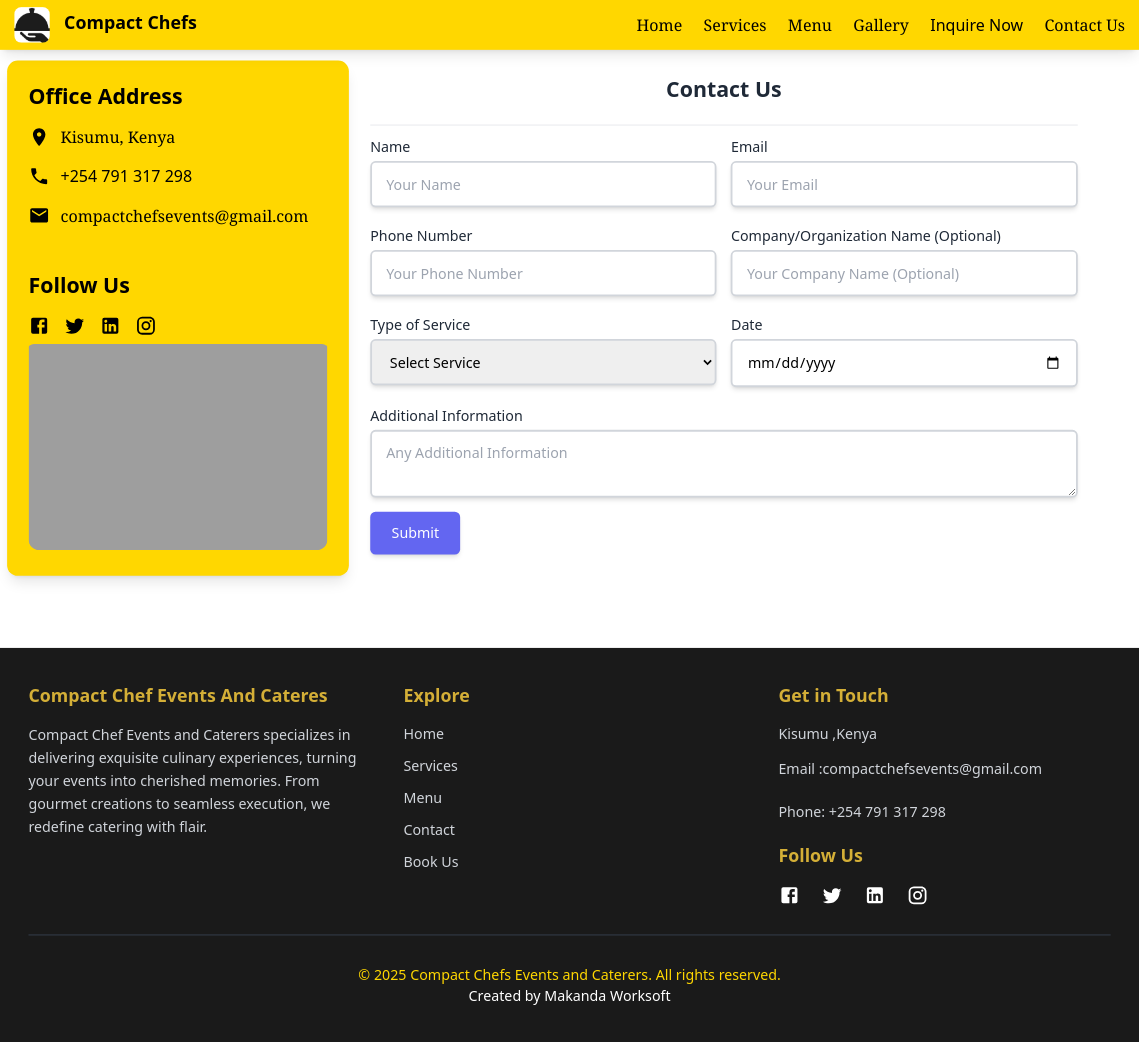
Repository: makanda596/compactchef
Page: /contact
These files come from the project's save history. The page is drawn as it stood at one moment and after the next save; the edit follows.
The browser window is 1280 px wide. The pictures show the whole page, at 89% of full size.
Pictures or frames that could not be fetched are drawn as grey boxes. The project was rebuilt for these pictures with package versions that can differ from the ones it lists, and the page was loaded fresh each time. Also part of the build but not shown: src/components/Hero.jsx, src/components/Client.jsx, src/components/Reviews.jsx, src/components/About.jsx, src/pages/Home.jsx, src/pages/Services.jsx, src/pages/Menu.jsx, src/pages/Book.jsx and 1 more.

Above is the page before, as saved 2025-01-21 14:40:44.

### public/index.html
<!DOCTYPE html>
<html lang="en">
  <head>
    <meta charset="utf-8" />
    <link rel="icon" href="./logo.jpg" />
    <meta name="viewport" content="width=device-width, initial-scale=1" />

    <link rel="apple-touch-icon" href="./logo.jpg" />


    <title>CompactChef Events</title>
  </head>
  <body>
    <div id="root"></div>
  </body>
</html>

### src/pages/Contact.jsx
import React, { useEffect, useState, useRef } from "react";
import LocationOnIcon from "@mui/icons-material/LocationOn";
import PhoneIcon from "@mui/icons-material/Phone";
import EmailIcon from "@mui/icons-material/Email";
import FacebookIcon from "@mui/icons-material/Facebook";
import TwitterIcon from "@mui/icons-material/Twitter";
import LinkedInIcon from "@mui/icons-material/LinkedIn";
import InstagramIcon from "@mui/icons-material/Instagram";

const Contact = () => {
    const [loading, setLoading] = useState(false);
    const [submitted, setSubmitted] = useState(false);
    const formRef = useRef(null); // Create a reference to the form

    const onSubmit = async (event) => {
        event.preventDefault();

        const formData = new FormData(event.target);
        formData.append("access_key", "1a963b75-8bc9-43a3-b79f-457662aa4798"); // Replace with your actual access key

        const object = Object.fromEntries(formData);
        const json = JSON.stringify(object);

        try {
            setLoading(true); // Set loading state to true
            const res = await fetch("https://api.web3forms.com/submit", {
                method: "POST",
                headers: {
                    "Content-Type": "application/json",
                    Accept: "application/json",
                },
                body: json,
            });

            const result = await res.json();
            if (result.success) {
                setLoading(false);
                setSubmitted(true); // Set submitted state to true on success

                // Reset the form fields
                if (formRef.current) {
                    formRef.current.reset(); // This will reset the input fields
                }
            } else {
                setLoading(false);
                alert("There was an error submitting the form. Please try again.");
            }
        } catch (error) {
            setLoading(false);
            console.error("Error:", error);
            alert("Failed to fetch. Please check your internet connection.");
        }
    };

    // Add the script for ElfSight after the component is mounted
    useEffect(() => {
        const script = document.createElement("script");
        script.src = "https://static.elfsight.com/platform/platform.js";
        script.async = true;
        document.body.appendChild(script);

        return () => {
            document.body.removeChild(script); // Cleanup the script
        };
    }, []);

    return (
        <div className="min-h-screen py-1 px-2 mt-2 w-full sm:py-12">
            <div className="relative py-3 sm:max-w-full sm:mx-auto">
                <div className="relative px-0 py-10  s w-full sm:rounded-3xl sm:p-0">
                    <div className="flex flex-wrap w-full">
                        <div className="w-full sm:w-96 p-6 bg-gold text-black rounded-xl shadow-lg">
                            <div className="pb-6">
                                <h2 className="text-xl md:text-2xl font-bold mb-4">Office Address</h2>
                                <div className="space-y-4">
                                    <p className="flex items-center">
                                        <LocationOnIcon className="mr-3 text-xl md:text-2xl" />
                                        <span className="font-serif text-base md:text-lg hover:text-blue-600">Kisumu, Kenya</span>
                                    </p>
                                    <p className="flex items-center">
                                        <PhoneIcon className="mr-3 text-xl md:text-2xl" />
                                        <a href="tel:+254791317298" target="_blank" rel="noopener noreferrer " className="font-sans text-base md:text-lg hover:text-blue-600">
                                            +254 791 317 298
                                        </a>
                                    </p>
                                    <p className="flex items-center">
                                        <EmailIcon className="mr-3 text-xl md:text-2xl" />
                                        <a href="mailto:compactchefsevents@gmail.com" className=" hover:text-blue-600 font-serif text-base md:text-lg" target="_blank" rel="noopener noreferrer">
                                            compactchefsevents@gmail.com
                                        </a>
                                    </p>
                                </div>
                            </div>

                            <div className="pt-1 md:pt-6">
                                <h2 className="text-xl md:text-2xl font-bold mb-2 md:mb-4">Follow Us</h2>
                                <div className="flex space-x-4 justify-start">
                                    <a href="https://www.facebook.com/yourpage" target="_blank" rel="noopener noreferrer" className="hover:text-blue-400 transition-colors">
                                        <FacebookIcon fontSize="medium" />
                                    </a>
                                    <a href="https://twitter.com/yourhandle" target="_blank" rel="noopener noreferrer" className="hover:text-blue-400 transition-colors">
                                        <TwitterIcon fontSize="medium" />
                                    </a>
                                    <a href="https://www.linkedin.com/company/yourcompany" target="_blank" rel="noopener noreferrer" className="hover:text-blue-400 transition-colors">
                                        <LinkedInIcon fontSize="medium" />
                                    </a>
                                    <a href="https://www.instagram.com/yourhandle" target="_blank" rel="noopener noreferrer" className="hover:text-blue-400 transition-colors">
                                        <InstagramIcon fontSize="medium" />
                                    </a>
                                </div>
                            </div>

                            <img
                                src="https://res.cloudinary.com/db5pgr14l/image/upload/v1736265751/wedding_nfkcue.jpg"
                                alt=""
                                className="w-full h-60 object-cover rounded-xl pt-2"
                            />
                        </div>

                        {/* Right Column */}
                        <div className="w-full p-6 pt-4 md:w-2/3">
                            <div className="divide-y divide-gray-200 space-y-0">
                                <div className="pb-6 text-center">
                                    <h1 className="text-2xl font-bold text-gray-800">Contact Us</h1>
                                </div>

                                <form ref={formRef} onSubmit={onSubmit}>
                                    <div className="grid grid-cols-1 sm:grid-cols-2 gap-4 pt-2">
                                        <div className="flex flex-col">
                                            <label className="leading-loose text-gray-800">Name</label>
                                            <input
                                                type="text"
                                                name="name"
                                                required="true"
                                                className="px-4 py-3 w-full border-2 border-gray-300 rounded-md shadow-md focus:ring-2 focus:ring-indigo-500 transition-colors"
                                                placeholder="Your Name"
                                            />
                                        </div>
                                        <div className="flex flex-col">
                                            <label className="leading-loose text-gray-800">Email</label>
                                            <input
                                                type="email"
                                                name="email"
                                                required="true"
                                                className="px-4 py-3 w-full border-2 border-gray-300 rounded-md shadow-md focus:ring-2 focus:ring-indigo-500 transition-colors"
                                                placeholder="Your Email"
                                            />
                                        </div>
                                        <div className="flex flex-col">
                                            <label className="leading-loose text-gray-800">Phone Number</label>
                                            <input
                                                type="number"
                                                name="phone"
                                                required="true"
                                                className="px-4 py-3 w-full border-2 border-gray-300 rounded-md shadow-md focus:ring-2 focus:ring-indigo-500 transition-colors"
                                                placeholder="Your Phone Number"
                                            />
                                        </div>
                                        <div className="flex flex-col">
                                            <label className="leading-loose text-gray-800">Company/Organization Name (Optional)</label>
                                            <input
                                                type="text"
                                                name="company"
                                                className="px-4 py-3 w-full border-2 border-gray-300 rounded-md shadow-md focus:ring-2 focus:ring-indigo-500 transition-colors"
                                                placeholder="Your Company Name (Optional)"
                                            />
                                        </div>
                                        <div className="flex flex-col">
                                            <label className="leading-loose text-gray-800">Type of Service</label>
                                            <select
                                                name="service_type"
                                                required="true"
                                                className="px-4 py-3 w-full border-2 border-gray-300 rounded-md shadow-md focus:ring-2 focus:ring-indigo-500 transition-colors"
                                            >
                                                <option value="">Select Service</option>
                                                <option value="wedding">Wedding Events</option>
                                                <option value="corporate">Corporate Event</option>
                                                <option value="birthday">Birthday Party</option>
                                                <option value="other">Catering Services</option>
                                                <option value="other">Event Plannig</option>
                                                <option value="other">Baby Showers</option>
                                                <option value="other">Private Events</option>
                                                <option value="other">Other</option>
                                            </select>
                                        </div>
                                        <div className="flex flex-col">
                                            <label className="leading-loose text-gray-800">Date</label>
                                            <input
                                                type="date"
                                                name="date"
                                                required="true"
                                                className="px-4 py-3 w-full border-2 border-gray-300 rounded-md shadow-md focus:ring-2 focus:ring-indigo-500 transition-colors"
                                            />
                                        </div>
                                        <div className="flex flex-col sm:col-span-2">
                                            <label className="leading-loose text-gray-800">Additional Information</label>
                                            <textarea
                                                name="additional_info"
                                                required="true"
                                                className="px-4 py-3 w-full border-2 border-gray-300 rounded-md shadow-md focus:ring-2 focus:ring-indigo-500 transition-colors"
                                                placeholder="Any Additional Information"
                                            ></textarea>
                                        </div>
                                    </div>

                                    <div className="pt-4">
                                        <button
                                            type="submit"
                                            className="bg-indigo-500 text-white px-6 py-3 rounded-md shadow-md hover:bg-indigo-600 transition-colors"
                                        >
                                            {loading ? "Submitting..." : "Submit "}
                                        </button>
                                    </div>
                                </form>
                            </div>

                            <div className="form-right">
                                <div className="elfsight-app-1552705b-cfc2-43a1-8c52-a2f88696bc8e" data-elfsight-app-lazy></div>
                            </div>
                        </div>
                    </div>
                </div>
            </div>

            {
                submitted && (
                    <div className="fixed inset-0 flex items-center justify-center bg-black bg-opacity-50">
                        <div className="bg-white rounded-lg p-6 text-center shadow-lg">
                            <h2 className="text-2xl font-bold text-gray-800 mb-4"> Submitted!</h2>
                            <p className="text-gray-600 mb-6">
                                Thank you for your Contacting Us. We’ll get back to you soon.
                            </p>
                            <button
                                onClick={() => setSubmitted(false)}
                                className="bg-[#8b8000] text-white py-2 px-6 rounded-lg hover:bg-[#a08d00]"
                            >
                                Close
                            </button>
                        </div>
                    </div>
                )
            }
        </div >
    );
};

export default Contact;

### src/components/Navbar.jsx
import React, { useState } from "react";
import logo from '../assets/logo.jpg'
const Navbar = () => {
    const [isOpen, setIsOpen] = useState(false);

    return (
        <nav className="bg-gold shadow-lg fixed top-0 z-50 w-full">
            <div className="container mx-auto px-4 flex justify-between items-center h-12 md:h-14">

                <div className="text-black font-bold text-xl flex space-x-4">
                    <img src={logo} alt="" className="w-10 rounded-lg object-cover" />
                    <p className="py-1">Compact Chefs</p></div>

                <div className="lg:hidden">
                    <button
                        onClick={() => setIsOpen(!isOpen)}
                        className="text-black focus:outline-none"
                    >
                        <svg
                            className="w-6 h-6"
                            xmlns="http://www.w3.org/2000/svg"
                            fill="none"
                            viewBox="0 0 24 24"
                            stroke="currentColor"
                        >
                            {isOpen ? (
                                <path
                                    strokeLinecap="round"
                                    strokeLinejoin="round"
                                    strokeWidth="2"
                                    d="M6 18L18 6M6 6l12 12"
                                />
                            ) : (
                                <path
                                    strokeLinecap="round"
                                    strokeLinejoin="round"
                                    strokeWidth="2"
                                    d="M4 6h16M4 12h16M4 18h16"
                                />
                            )}
                        </svg>
                    </button>
                </div>

                {/* Links for Desktop */}
                <div className="hidden lg:flex   space-x-6 text-lg ">
                    <a href="/" className=" text-black font-serif hover:text-white">
                        Home
                    </a>
                    <a href="services" className="text-black font-serif hover:text-white">
                        Services
                    </a>
                    <a href="menu" className="text-black font-serif hover:text-white">
                        Menu
                    </a>

                    <a href="gallery" className="text-black font-serif hover:text-white">
                        Gallery
                    </a>
                    <a href="book" className="text-black font-serife hover:text-white" target="_blank" >
                        Inquire Now
                    </a>
                    <a href="contact" className="text-black font-serif hover:text-white">
                        Contact Us
                    </a>

                </div>
            </div>

            {/* Mobile Menu */}
            {
                isOpen && (
                    <div className="lg:hidden bg-black">
                        <a
                            href="/"
                            className="block py-2 px-4 text-white hover:bg-gold"
                        >
                            Home
                        </a>
                        <a
                            href="services"
                            className="block py-2 px-4 text-white hover:bg-gold"
                        >
                            Services
                        </a>
                        <a
                            href="menu"
                            className="block py-2 px-4 text-white hover:bg-gold"
                        >
                            Menu
                        </a>
                        <a href="gallery" className="block py-2 px-4 text-white hover:bg-gold">
                            Gallery
                        </a>
                        <a
                            href="book" target="_blank"
                            className="block py-2 px-4 text-white hover:bg-gold"
                        >
                            Inquire Now
                        </a>
                        <a
                            href="contact"
                            className="block py-2 px-4 text-white hover:bg-gold"
                        >
                            Contact
                        </a>

                    </div>
                )
            }
        </nav >
    );
};

export default Navbar;

Loaded but not shown: src/index.js (common file); src/index.css (common file); src/reportWebVitals.js (common file); src/App.js (32 lines, source omitted); tailwind.config.js (25 lines, source omitted); src/components/Footer.jsx (107 lines, source omitted)

After the next save:
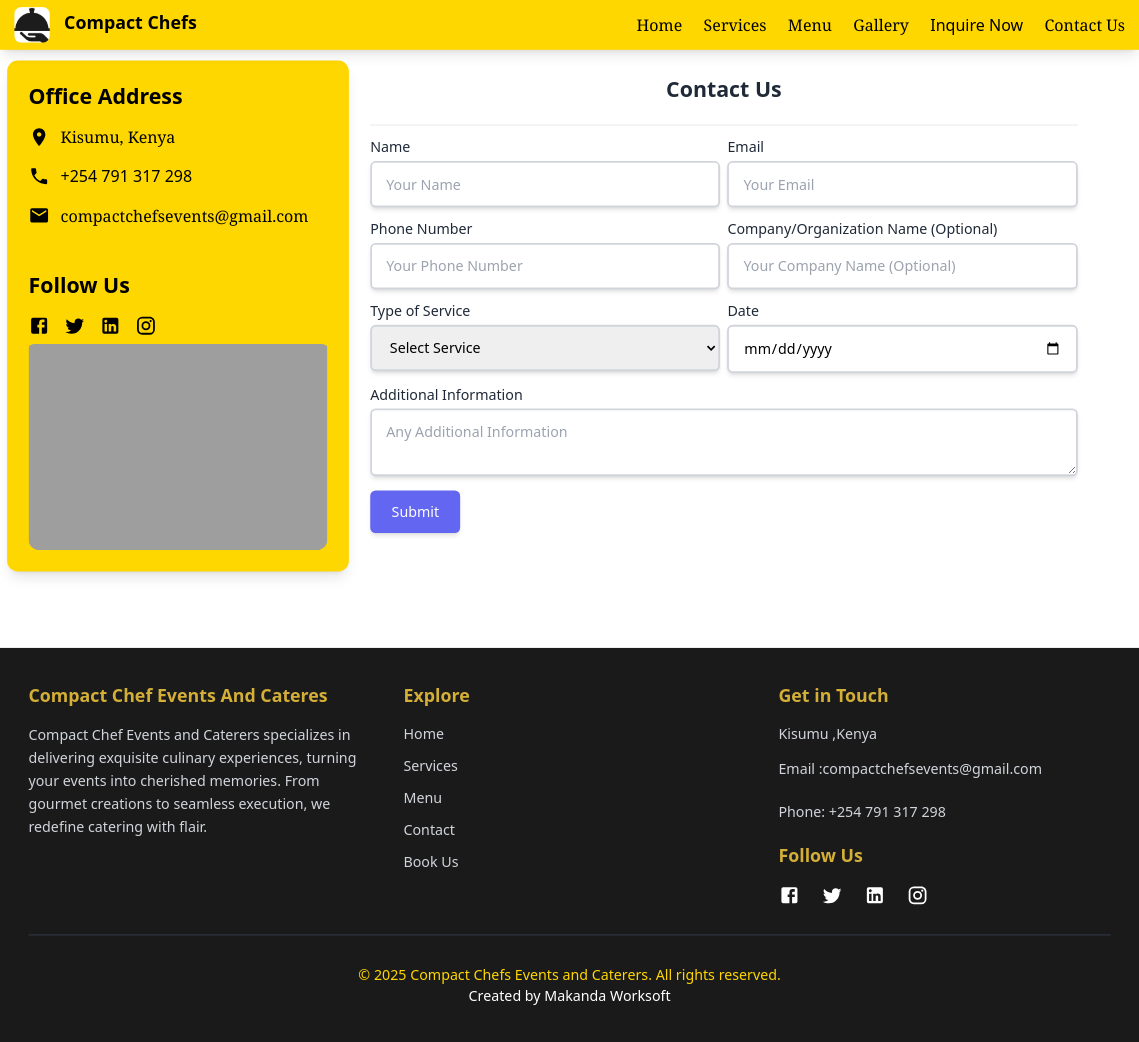
Saved 35 s later.
--- a/src/pages/Contact.jsx
+++ b/src/pages/Contact.jsx
@@ -125,7 +125,7 @@ const Contact = () => {
                                 </div>
 
                                 <form ref={formRef} onSubmit={onSubmit}>
-                                    <div className="grid grid-cols-1 sm:grid-cols-2 gap-4 pt-2">
+                                    <div className="grid grid-cols-1 sm:grid-cols-2 gap-2 pt-2">
                                         <div className="flex flex-col">
                                             <label className="leading-loose text-gray-800">Name</label>
                                             <input
